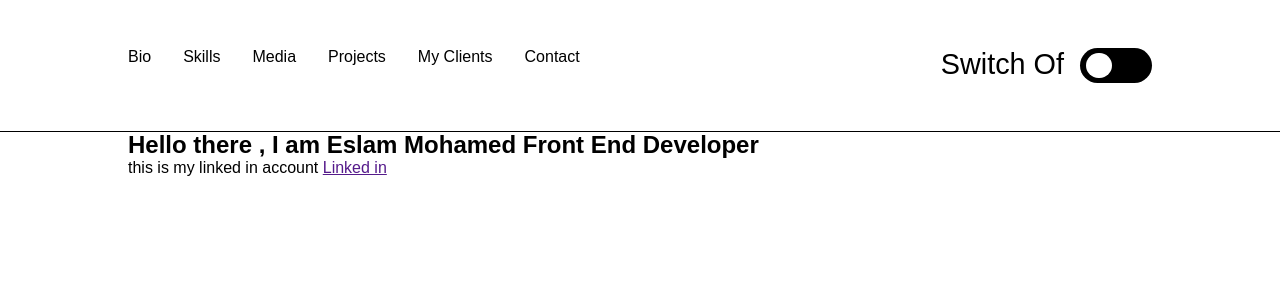
Repository: Eslam0Mohamed/portfolio
Page: index.html
The author's editor kept a copy of each file at every save. The page is drawn from the files as they stood at one save, then again after the next save.
The browser window is 1280 px wide. The pictures show the whole page.

Above is the page before, as saved 2024-07-13 23:25:42.

After the next save:
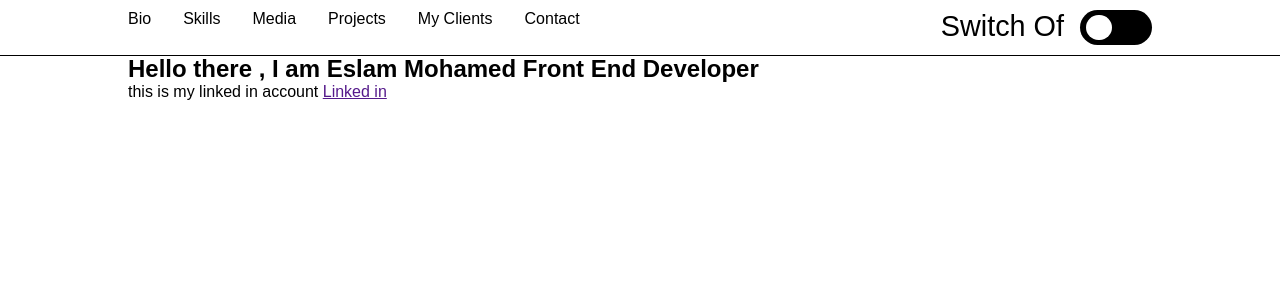
Saved 48 s later.
--- a/css/style.css
+++ b/css/style.css
@@ -71,7 +71,7 @@ body {
 }
 
 .header {
-    padding: 3rem 0;
+    padding: 10px 0;
     position: relative;
     display: flex;
     justify-content: center;
